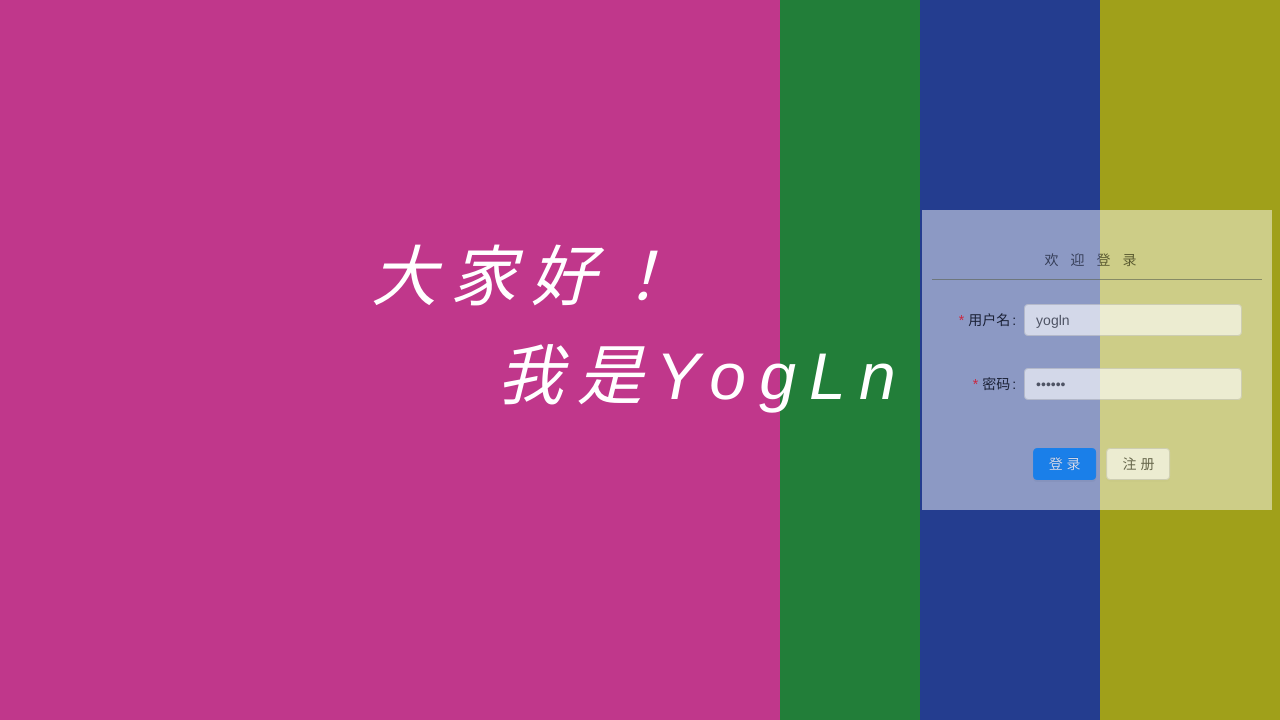
Repository: YogLn/theory-fre
Page: /register
An editor plug-in stored every save of this project. The page is shown before and after the next save, followed by the edit.
The browser window is 1280 px wide. The pictures show the whole page.
The project was rebuilt for these pictures with package versions that can differ from the ones it lists, and the page was loaded fresh each time.

Above is the page before, as saved 2021-07-22 16:48:38.

### src/App.vue
<template>
  <div id="app">
    <router-view />
  </div>
</template>

<style lang="less">
html,
body,
#app {
  height: 100%;
  font-family: 'Helvetica Neue', Helvetica, 'PingFang SC', 'Hiragino Sans GB',
    'Microsoft YaHei', '微软雅黑', Arial, sans-serif;
  // background: url('./assets/img/home.jpg') no-repeat center;
  background-attachment: fixed;
  background-size: 100% 100%;
}
</style>

### src/router/index.js
import Vue from 'vue'
import VueRouter from 'vue-router'

const Login = () => import('../pages/login/Login.vue')
const Home = () => import('../pages/home/Home.vue')
const Register = () => import('../pages/login/Register.vue')
const Moment = () => import('../pages/moment/Moment.vue')
const Publish = () => import('../pages/moment/Publish.vue')
const Mine = () => import('../pages/mine/Mine.vue')
const Comment = () => import('../components/comment/Comment.vue')

Vue.use(VueRouter)

const routes = [
  {
    path: '',
    redirect: '/login'
  },
  {
    path: '/login',
    component: Login
  },
  {
    path: '/register',
    component: Register
  },
  {
    path: '/home',
    component: Home,
    redirect: '/moment',
    children: [
      {
        path: '/moment',
        component: Moment
      },
      {
        path: '/upload',
        component: Publish
      },
      {
        path: '/moment/:momentId',
        component: Comment
      },
      {
        path: '/mine',
        component: Mine
      },
    ]
  }
]

const router = new VueRouter({
  mode: 'history',
  base: process.env.BASE_URL,
  routes
})

// 挂载路由导航守卫
router.beforeEach((to, from, next) => {
  if (to.path == '/login') return next()
  // 获取 token
  const tokenStr = window.sessionStorage.getItem('token')
  if (!tokenStr) return next('/login')
  next()
})

export default router

### src/network/request.js
import axiox from 'axios'
import { BASE_URL, TIMEOUT } from './config'
const instance = axiox.create({
  baseURL: BASE_URL,//baseURL会在发送请求的时候拼接在url参数的前面
  timeout: TIMEOUT
})

instance.interceptors.request.use(function (config) {
  config.headers.Authorization = window.sessionStorage.getItem('token')
  return config;
}, function (error) {
  // 对请求错误做些什么
  return Promise.reject(error);
});

// 添加响应拦截器
//此处可以根据服务器的返回状态码做响应的处理
//404 404 500
instance.interceptors.response.use(function (response) {
  // 对响应数据做点什么

  return response;
}, function (error) {
  // 对响应错误做点什么
  return Promise.reject(error);
});

export function get (url, params) {
  return instance.get(url, {
    params
  })
}

export function post (url, data) {
  return instance.post(url, data)
}

export function del (url) {
  return instance.delete(url)
}

export function put (url, data) {
  return instance.put(url, data)
}

### src/pages/login/Login.vue
<template>
  <div class="container">
    <div class="item yellow">
      <p>大家好！<br />&nbsp;&nbsp;&nbsp;&nbsp;我是YogLn</p>
    </div>
    <div class="item blue">
      <p>大家好！<br />&nbsp;&nbsp;&nbsp;&nbsp;我是YogLn</p>
    </div>
    <div class="item green">
      <p>大家好！<br />&nbsp;&nbsp;&nbsp;&nbsp;我是YogLn</p>
    </div>
    <div class="item pink">
      <p>大家好！<br />&nbsp;&nbsp;&nbsp;&nbsp;我是YogLn</p>
    </div>
    <div class="login-box">
      <div class="login-header">
        <span>欢迎登录</span>
      </div>
      <div class="login-form">
        <a-form-model ref="loginFormRef"
                      :model="loginForm"
                      v-bind="layout"
                      :rules="loginFormRules">
          <a-form-model-item label="用户名"
                             prop="name">
            <a-input v-model="loginForm.name"
                     type="text"
                     autocomplete="off"
                     placeholder="请输入用户名" />
          </a-form-model-item>
          <a-form-model-item label="密码"
                             prop="password">
            <a-input v-model="loginForm.password"
                     type="password"
                     autocomplete="off"
                     placeholder="请输入密码" />
          </a-form-model-item>
        </a-form-model>
      </div>
      <div class="login-btn">
        <a-button type="primary"
                  class="btn-login"
                  @click="login">登录</a-button>
        <a-button @click="register">注册</a-button>
      </div>
    </div>
  </div>
</template>

<script>
import { Mixin } from '../../mixin'
export default {
  mixins: [Mixin],
  created() { },
  data() {
    return {
      loginForm: {
        name: 'yogln',
        password: '123456',
      },
    }
  },
  methods: {
    async login() {
      const res = await this.$http.post('/login', this.loginForm)
      if (res.status !== 200) {
        return this.$message.error('登录失败')
      }
      window.sessionStorage.setItem('token', res.data.token)
      window.sessionStorage.setItem('id', res.data.id)
      this.$message.success('登录成功')
      this.$router.push('/home')
    },
    register() {
      this.$router.push('/register')
    },
  },
}
</script>

<style lang="less" scoped>
.container {
  height: 100vh;
  position: relative;

  .item {
    position: absolute;
    width: 100%;
    height: 100%;
    top: 0;
    left: 0;
    display: flex;
    justify-content: center;
    align-items: center;
    font-size: 66px;
    font-style: italic;
    transform: translate(-100%);
  }

  .item p {
    letter-spacing: 0.2em;
    color: #fff;
    transform: translateX(-190%);
  }

  .yellow {
    background-color: rgb(160, 160, 26);
    animation: bg 0.3s linear forwards;
  }
  .yellow p {
    animation: text 3s 0.3s cubic-bezier(0, 0.49, 0, 1) forwards;
  }

  .blue {
    background-color: rgb(36, 61, 143);
    clip: rect(0, 1100px, 100vh, 0);
    animation: bg 2.4s 0.6s cubic-bezier(0, 0.49, 0, 1) forwards;
  }
  .blue p {
    animation: text 2.4s 0.6s cubic-bezier(0, 0.49, 0, 1) forwards;
  }

  .green {
    background-color: rgb(34, 126, 57);
    clip: rect(0, 920px, 100vh, 0);
    animation: bg 2.1s 0.9s cubic-bezier(0, 0.49, 0, 1) forwards;
  }
  .green p {
    animation: text 2.1s 0.9s cubic-bezier(0, 0.49, 0, 1) forwards;
  }

  .pink {
    background-color: rgb(192, 55, 139);
    clip: rect(0, 780px, 100vh, 0);
    animation: bg 1.8s 1.2s cubic-bezier(0, 0.49, 0, 1) forwards;
  }
  .pink p {
    animation: text 1.8s 1.2s cubic-bezier(0, 0.49, 0, 1) forwards;
  }

  @keyframes bg {
    from {
      transform: translate(-100%);
    }
    to {
      transform: translateX(0);
    }
  }

  @keyframes text {
    from {
      transform: translate(-190%);
    }
    to {
      transform: translateX(0);
    }
  }

  .login-box {
    display: relative;
    padding: 40px 10px;
    width: 350px;
    height: 300px;
    background: rgba(255, 255, 255, 0.6);
    position: fixed;
    left: 72%;
    top: 50%;
    transform: translateY(-50%);
    opacity: 0.8;
    .login-header {
      margin-top: -10px;
      display: flex;
      justify-content: center;
      height: 40px;
      line-height: 40px;
      border-bottom: 1.6px solid #818679;
      span {
        text-align: center;
        letter-spacing: 12px;
      }
    }
    .login-form {
      padding: 20px;
    }
    .login-btn {
      position: absolute;
      left: 50%;
      transform: translateX(-50%);
      .btn-login {
        margin: 0 10px;
      }
    }
  }
}
</style>

### src/network/config.js
const devBaseURL = "http://121.4.100.103:5000";
const proBaseURL = "http://121.4.100.103:5000";
export const BASE_URL = process.env.NODE_ENV === 'development' ? devBaseURL: proBaseURL;

export const TIMEOUT = 5000;

### src/mixin.js
export const Mixin = {
  data() {
    return {
      loginFormRules:  {
        name: [{ required: true, message: '请输入用户名', trigger: 'blur' }],
        password: [{ required: true, message: '请输入密码', trigger: 'blur' }]
      },

      layout: {
        labelCol: { span: 6 },
        wrapperCol: { span: 18 },
      },
    }
  },
}

Loaded but not shown: public/index.html (common file); src/main.js (common file); src/store/index.js (common file); src/assets/css/reset.css (common file)

After the next save:
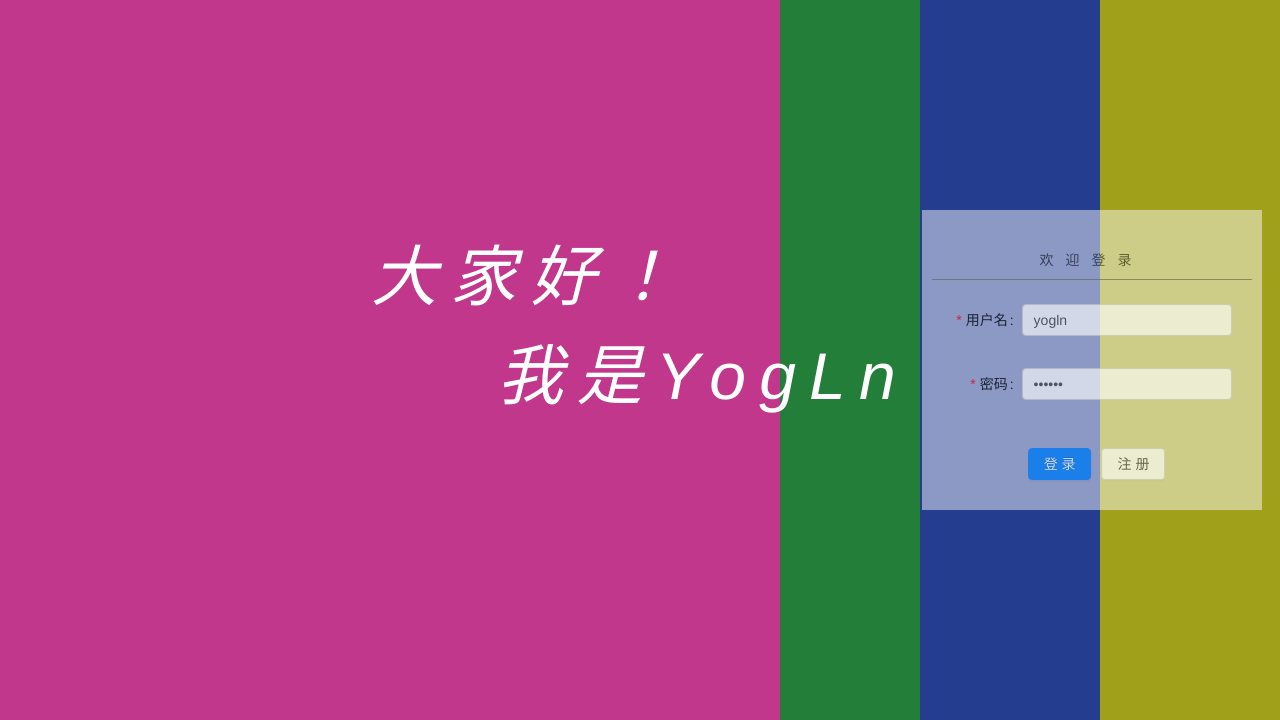
Saved 10 s later.
--- a/src/pages/login/Login.vue
+++ b/src/pages/login/Login.vue
@@ -159,7 +159,7 @@ export default {
   .login-box {
     display: relative;
     padding: 40px 10px;
-    width: 350px;
+    width: 340px;
     height: 300px;
     background: rgba(255, 255, 255, 0.6);
     position: fixed;
